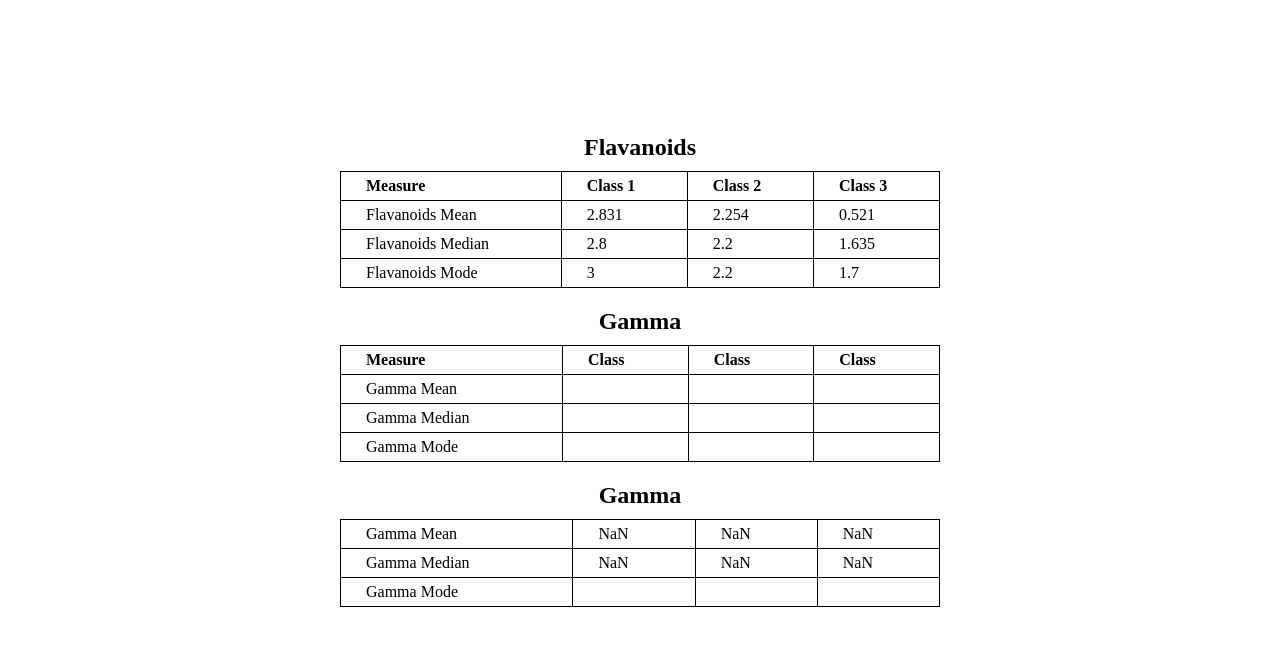
Repository: Rahul6395/WineAlcohol-Calculate
Page: /
These files come from the project's save history. The page is drawn as it stood at one moment and after the next save; the edit follows.
The browser window is 1280 px wide. The pictures show the whole page.
The project was rebuilt for these pictures with package versions that can differ from the ones it lists, and the page was loaded fresh each time.

Above is the page before, as saved 2023-05-24 23:32:46.

After the next save:
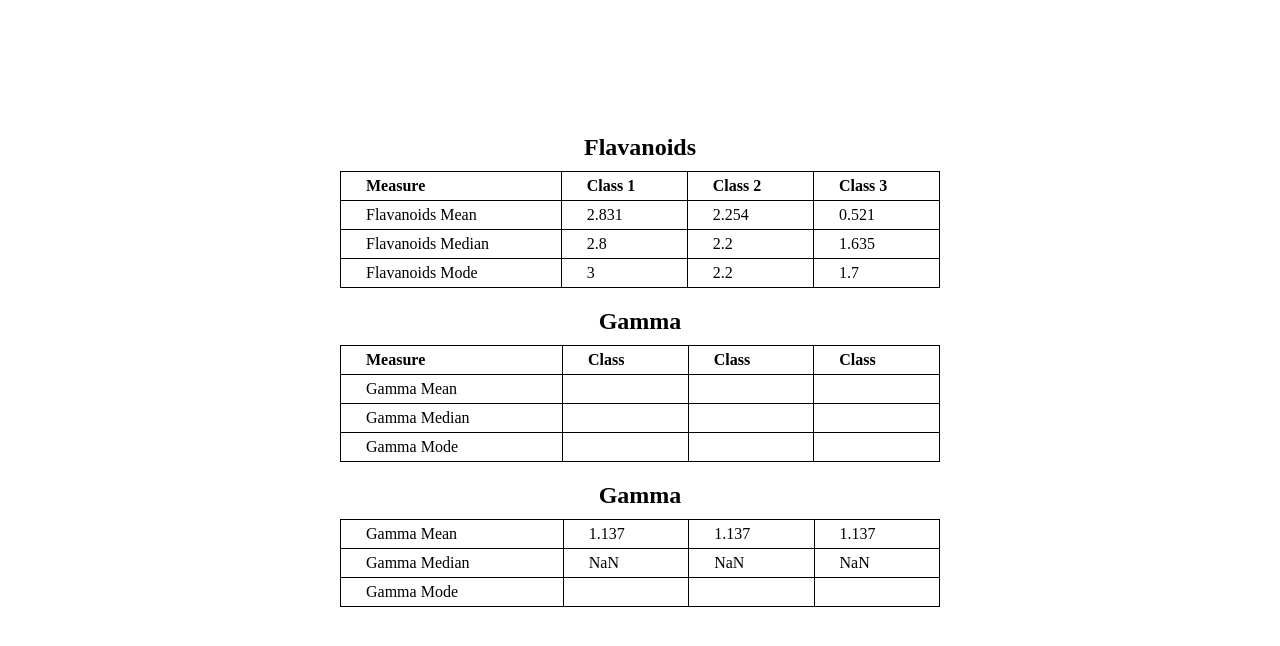
Saved 107 s later.
--- a/src/component/Gamma.js
+++ b/src/component/Gamma.js
@@ -56,10 +56,10 @@
       let green = [] ;
       const statsByClass = Object.entries(gammaByClass).map(([className, gammaValues]) => {
         red.push(className);
-        green.push(gammaValues)
-        console.log("calculateMeangammaValues",gammaValues)
+       green = [...gammaValues]
+        //console.log("calculateMeangammaValues",gammaValues)
     })
- //console.log("statsByClass ",green )
+ console.log("statsByClass ",green )
 // console.log("gammaByClassstatsByClass ",gammaByClass )
 
   return (

After the save that followed:
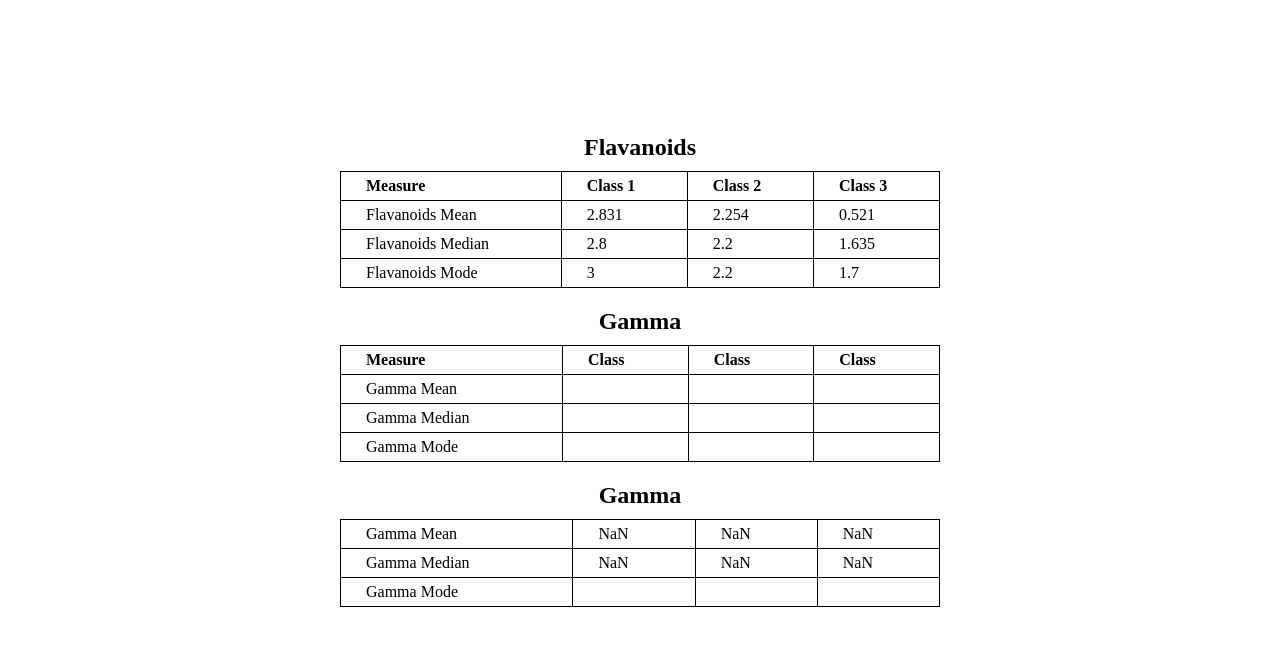
Saved 23 s later.
--- a/src/component/Gamma.js
+++ b/src/component/Gamma.js
@@ -56,7 +56,7 @@
       let green = [] ;
       const statsByClass = Object.entries(gammaByClass).map(([className, gammaValues]) => {
         red.push(className);
-       green = [...gammaValues]
+       green = [...gammaValues,gammaValues]
         //console.log("calculateMeangammaValues",gammaValues)
     })
  console.log("statsByClass ",green )
